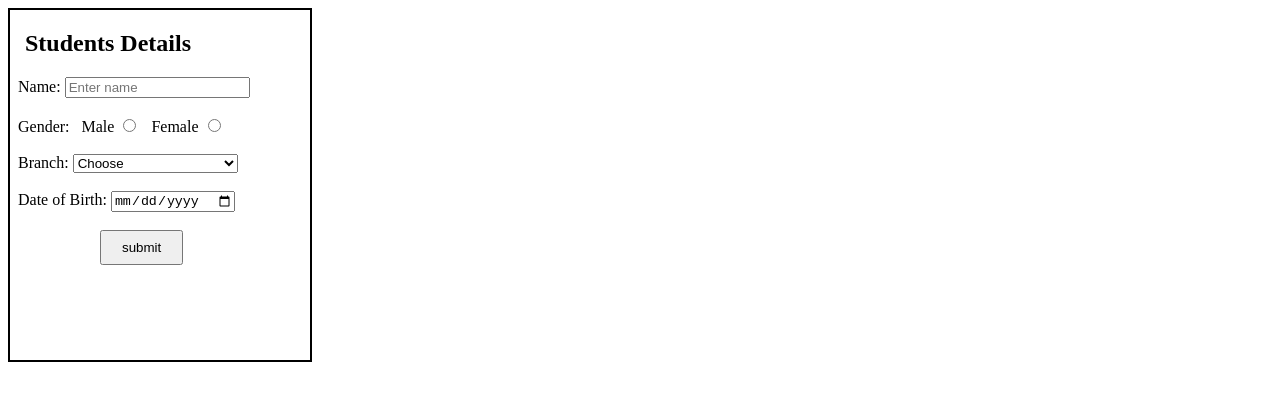
Repository: netravatih-paycorp/Assignments
Page: http://localhost/SpringMvc/home.jsp
These files come from the project's save history. The page is drawn as it stood at one moment and after the next save; the edit follows.
The browser window is 1280 px wide. The pictures show the whole page.
The page is served by Tomcat 9.

Above is the page before, as saved 2023-07-17 12:21:56.

After the next save:
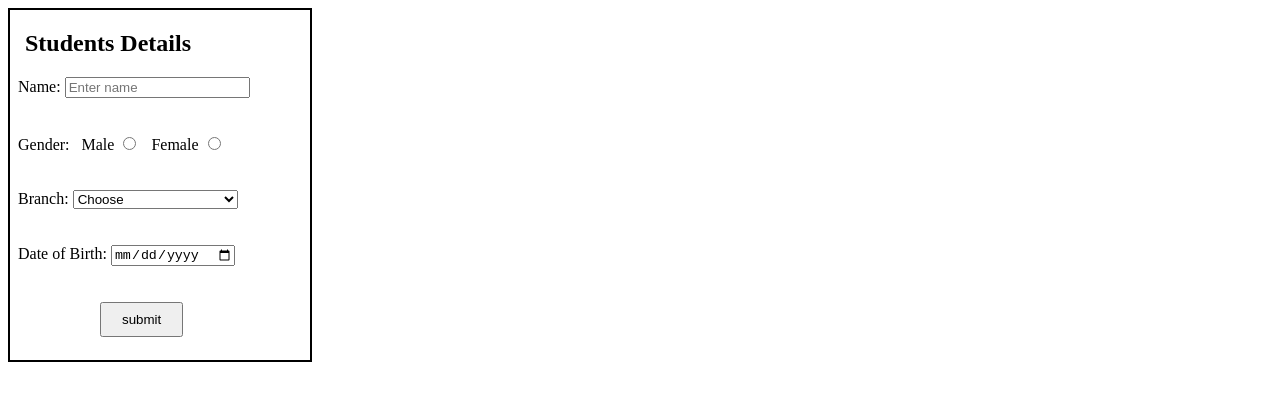
Saved 60 s later.
--- a/SpringMvc/src/main/webapp/home.jsp
+++ b/SpringMvc/src/main/webapp/home.jsp
@@ -52,13 +52,13 @@ button
 	<label>Name:</label>
     <input type="text" name="name" placeholder="Enter name">
 		<br>
-		<br>
+		<br><br>
 
 		<label>Gender:</label>
 		<label>Male</label>	<input type="radio" name="gender" value="male">
 		<label>Female</label>	<input type="radio" name="gender" value="female">
 		 <br>
-		 <br>
+		 <br><br>
 
 		 <label>Branch:</label>
 		 <select  name="branch" >
@@ -70,12 +70,13 @@ button
            <option>E&C Engineering</option>
            </select>
        <br>
-       <br>
+       <br><br>
 
        <label>Date of Birth:</label>
 		 <input type="date" id="DOB" name="DOB" >
         <br>
-        <br>
+        <br><br>
+
 		<button onClick="validateDate()" type="button">submit</button>
 	</form>
 
